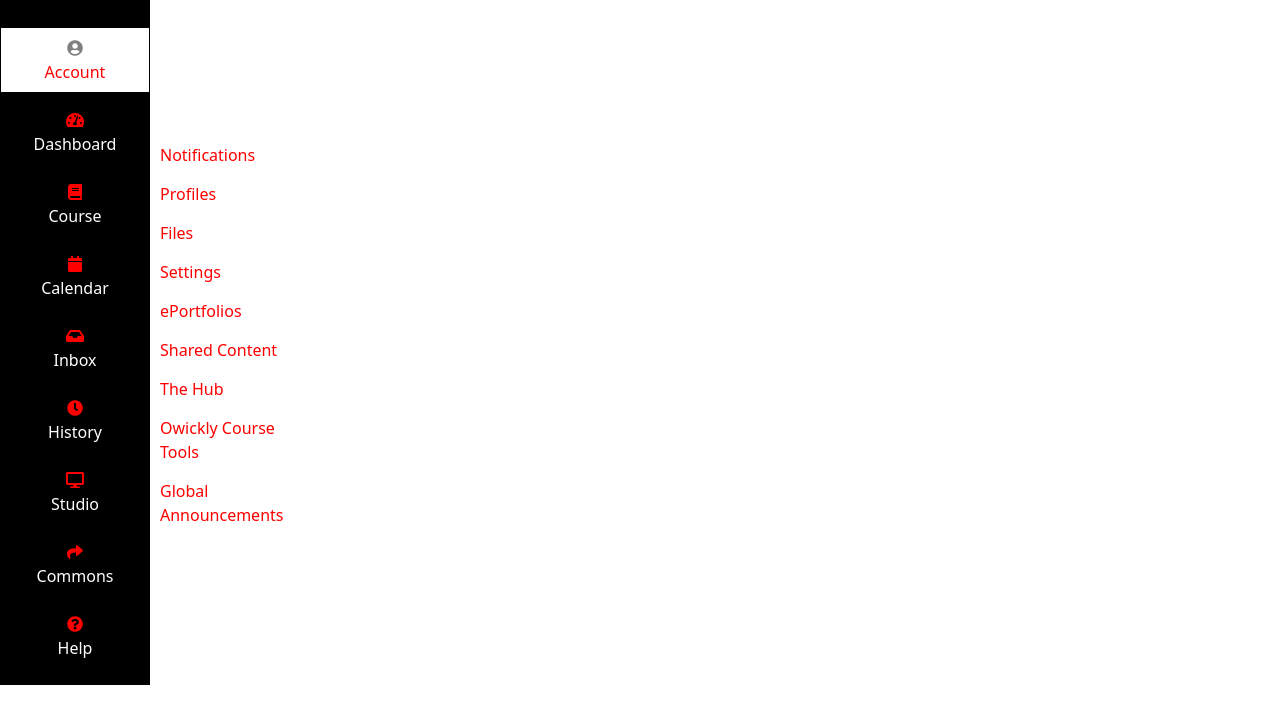
Repository: yuqiant/kanbas-react-web-app
Page: public/kanbas/accountcol.html
An editor plug-in stored every save of this project. The page is shown before and after the next save, followed by the edit.
The browser window is 1280 px wide. The pictures show the whole page.

Above is the page before, as saved 2023-10-04 01:24:57.

After the next save:
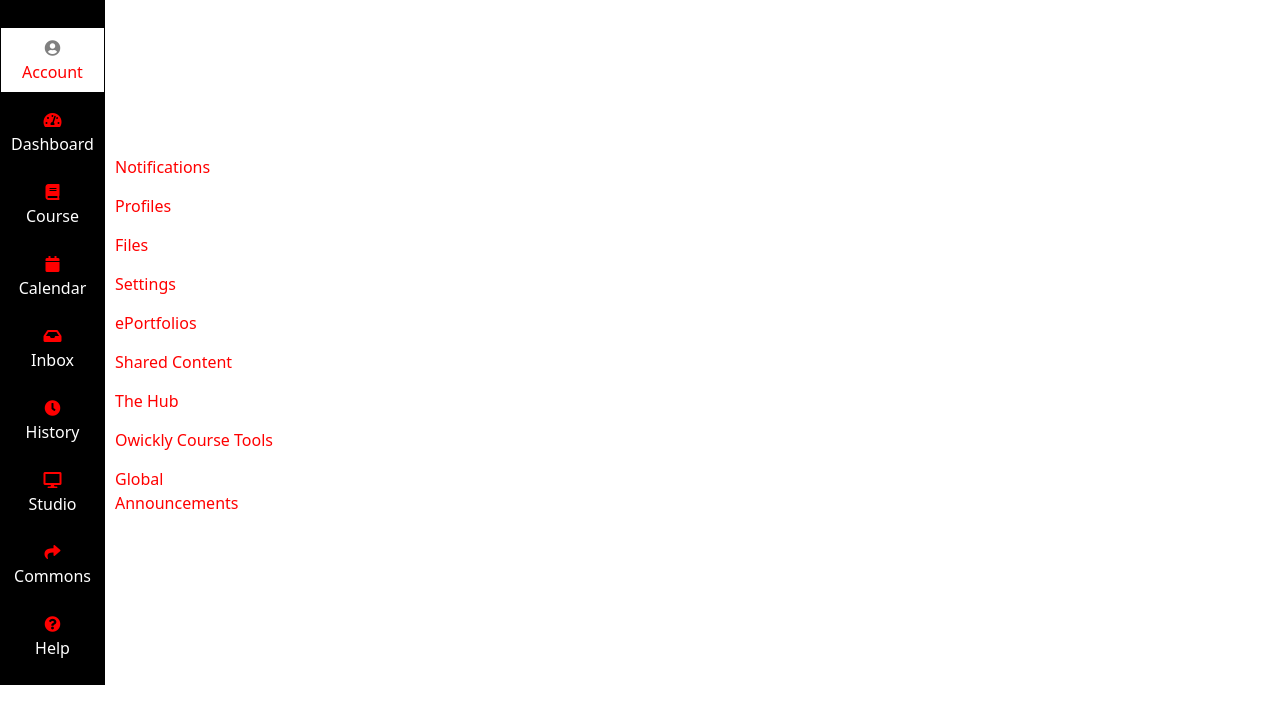
Saved 33 s later.
--- a/public/kanbas/accountcol.html
+++ b/public/kanbas/accountcol.html
@@ -30,7 +30,7 @@
 <body>
     <table>
         <tr>
-            <td id="firstColumn" style="width: 150px;">
+            <td id="firstColumn">
                 <ul>
                     <li class="active"><i class="fa fa-user-circle fa-inverse" style="color: grey;"></i><a
                             href="accountcol.html" style="color: red;">Account</a>
@@ -47,7 +47,7 @@
 
 
             </td>
-            <td id="secondColumn" style="width: 150px;">
+            <td id="secondColumn">
                 <ul>
                     <li><a href="#">Notifications</a></li>
                     <li><a href="profile/index.html">Profiles</a></li>
